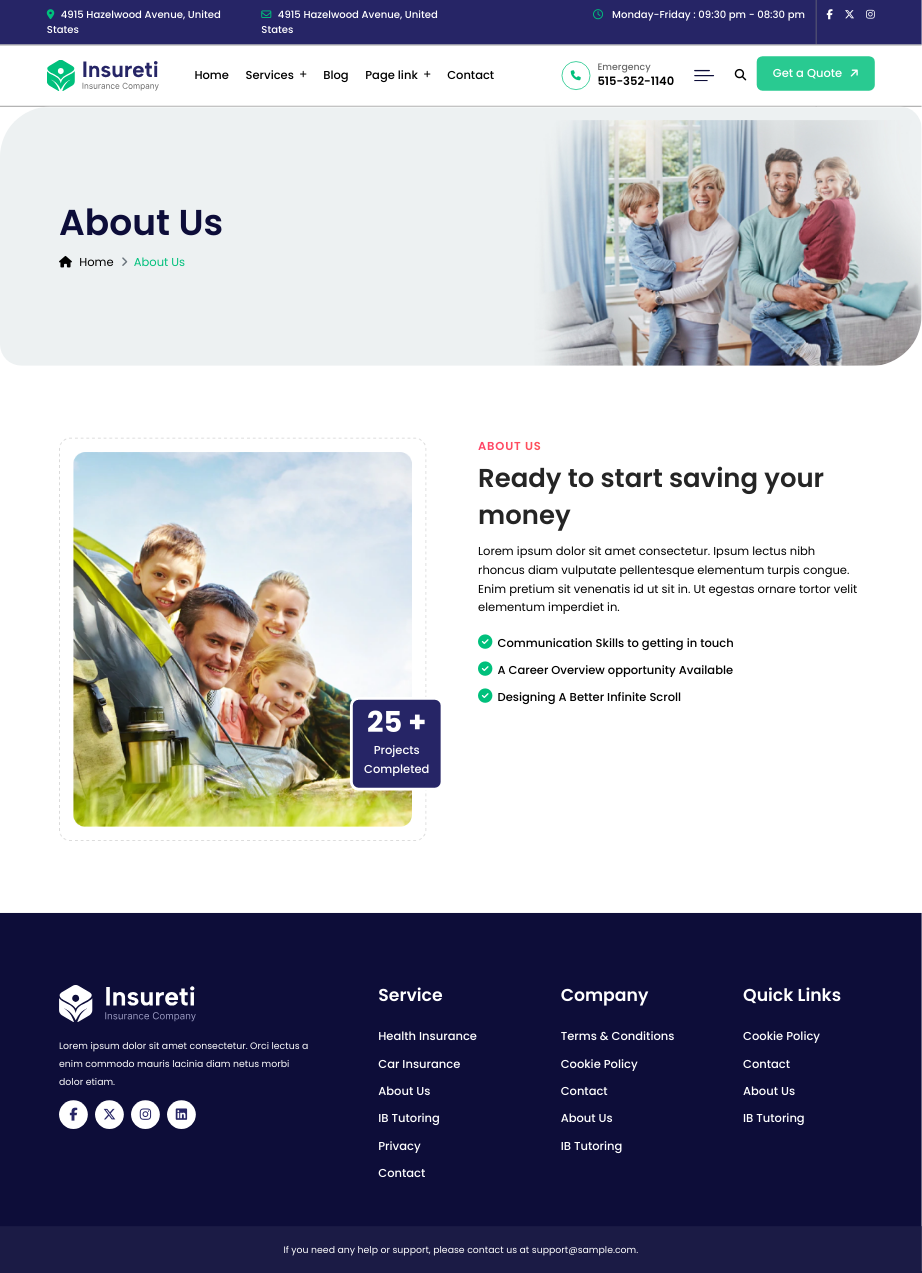
Repository: Tanmay226/it-portfolio-site
Page: it-company/about-us.html
These files come from the project's save history. The page is drawn as it stood at one moment and after the next save; the edit follows.
The browser window is 1280 px wide. The pictures show the whole page, at 72% of full size.
Some web libraries are served in a nearby version.

Above is the page before, as saved 2024-11-05 21:45:38.

After the next save:
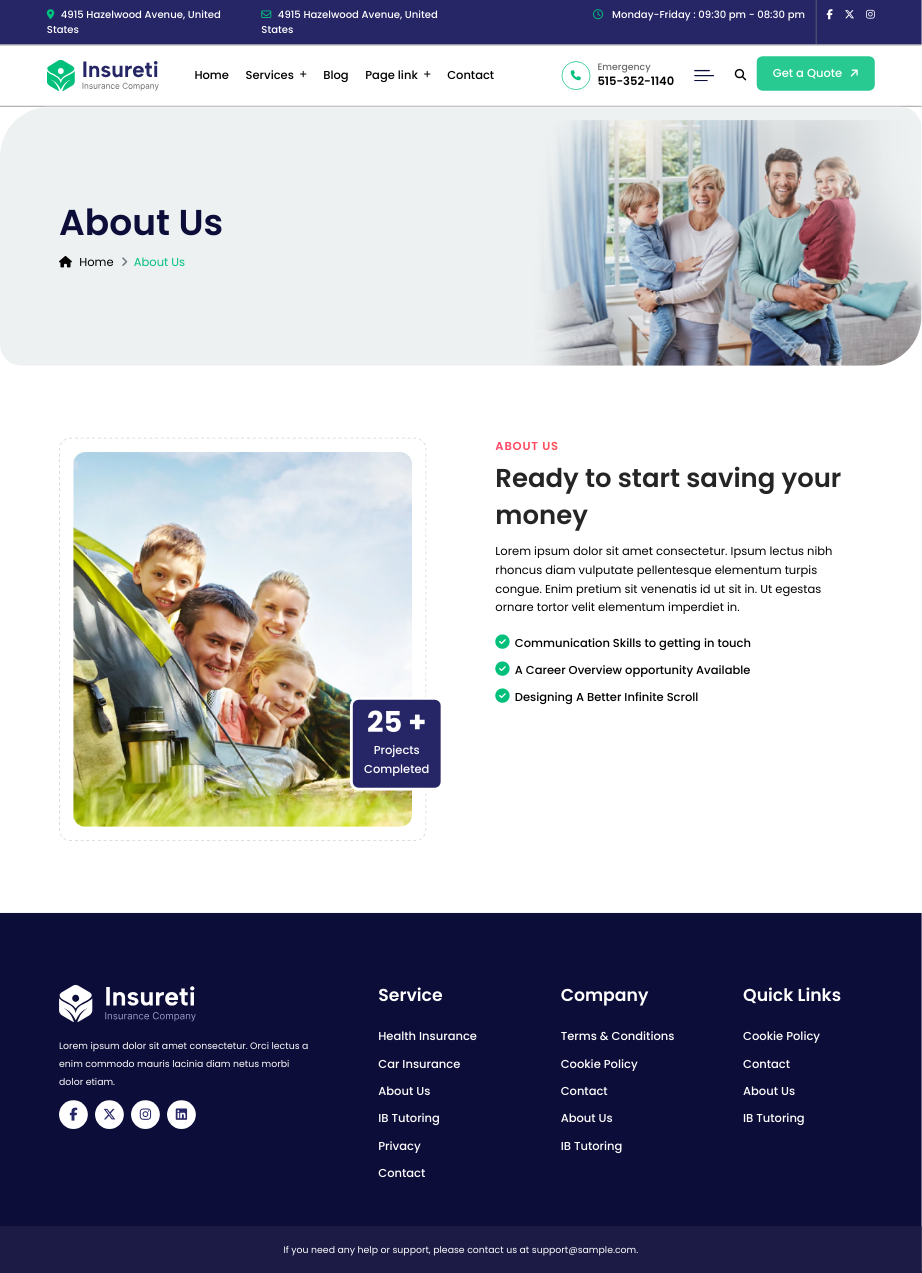
Saved 21 s later.
--- a/it-company/about-us.html
+++ b/it-company/about-us.html
@@ -268,7 +268,7 @@
                     </div>
                 </div>
                 <div class="col-md-6">
-                    <div class="about-left">
+                    <div class="ps-4 about-left">
                         <div class="title-wrapper">
                             <h3 class="top-sub-title"> About Us</h3>
                             <h2 class="main-title">
